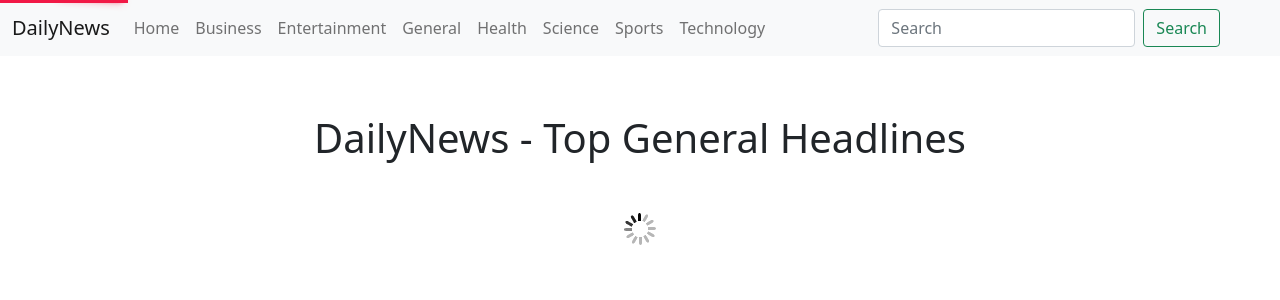
Repository: Bikki084/Daily_News
Page: /
The author's editor kept a copy of each file at every save. The page is drawn from the files as they stood at one save, then again after a run of saves.
The browser window is 1280 px wide. The pictures show the whole page.
The page's requests for data from a server got no answer. The project was rebuilt for these pictures with package versions that can differ from the ones it lists, and the page was loaded fresh each time. No one was signed in, and anything a server would have sent is missing. Also part of the build but not shown: src/App.css, src/components/NewsItem.js.

Above is the page before, as saved 2021-12-21 23:46:53.

### public/index.html
<!DOCTYPE html>
<html lang="en">
  <head>
    <meta charset="utf-8" />
    <link rel="icon" href="%PUBLIC_URL%/favicon.ico" />
    <meta name="viewport" content="width=device-width, initial-scale=1" />
    <meta name="theme-color" content="#000000" />
    <meta
      name="description"
      content="DailyNews is a news app which can be used to grab quick daily news bites. If you are interested in news, weather, politics and sports news, newsmonkey is for you!"
    />
    <link rel="apple-touch-icon" href="%PUBLIC_URL%/logo192.png" />
    <!--
      manifest.json provides metadata used when your web app is installed on a
      user's mobile device or desktop. See https://developers.google.com/web/fundamentals/web-app-manifest/
    -->
    <link rel="manifest" href="%PUBLIC_URL%/manifest.json" />
    <link href="https://cdn.jsdelivr.net/npm/bootstrap@5.1.0/dist/css/bootstrap.min.css" rel="stylesheet" integrity="sha384-KyZXEAg3QhqLMpG8r+8fhAXLRk2vvoC2f3B09zVXn8CA5QIVfZOJ3BCsw2P0p/We" crossorigin="anonymous">
    <!--
      Notice the use of %PUBLIC_URL% in the tags above.
      It will be replaced with the URL of the `public` folder during the build.
      Only files inside the `public` folder can be referenced from the HTML.

      Unlike "/favicon.ico" or "favicon.ico", "%PUBLIC_URL%/favicon.ico" will
      work correctly both with client-side routing and a non-root public URL.
      Learn how to configure a non-root public URL by running `npm run build`.
    -->
    <title>DailyNews - Get your daily dose of news for free!</title>
  </head>
  <body>
    <noscript>You need to enable JavaScript to run this app.</noscript>
    <div id="root"></div>
    <!--
      This HTML file is a template.
      If you open it directly in the browser, you will see an empty page.

      You can add webfonts, meta tags, or analytics to this file.
      The build step will place the bundled scripts into the <body> tag.

      To begin the development, run `npm start` or `yarn start`.
      To create a production bundle, use `npm run build` or `yarn build`.
    -->
    <script src="https://cdn.jsdelivr.net/npm/@popperjs/core@2.9.3/dist/umd/popper.min.js" integrity="sha384-eMNCOe7tC1doHpGoWe/6oMVemdAVTMs2xqW4mwXrXsW0L84Iytr2wi5v2QjrP/xp" crossorigin="anonymous"></script>
    <script src="https://cdn.jsdelivr.net/npm/bootstrap@5.1.0/dist/js/bootstrap.min.js" integrity="sha384-cn7l7gDp0eyniUwwAZgrzD06kc/tftFf19TOAs2zVinnD/C7E91j9yyk5//jjpt/" crossorigin="anonymous"></script>
  </body>
</html>

### src/App.js
import './App.css';
import Search from './components/Search';
import React, { useState } from 'react'
import NavBar from './components/NavBar';
import News from './components/News';
import {BrowserRouter as Router, Switch, Route} from "react-router-dom";
import LoadingBar from 'react-top-loading-bar'

const App = ()=> {
  const pageSize = 5;
  const apiKey = process.env.REACT_APP_NEWS_API
  // const apiKey = "fe00171e9be447c891c180edc15dc131"
  const [progress, setProgress] = useState(0)

    return (
      <div>
        <Router>
        <NavBar/>
        <Search/>
        <LoadingBar
        height={3}
        color='#f11946'
        progress={progress}
      />
        <Switch>
          <Route exact path="/"><News setProgress={setProgress} apiKey={apiKey} key="general" pageSize={pageSize} country="in" category="general"/></Route>
          <Route exact path="/business"><News setProgress={setProgress} apiKey={apiKey} key="business" pageSize={pageSize} country="in" category="business"/></Route>
          <Route exact path="/entertainment"><News setProgress={setProgress} apiKey={apiKey} key="entertainment" pageSize={pageSize} country="in" category="entertainment"/></Route>
          <Route exact path="/general"><News setProgress={setProgress} apiKey={apiKey} key="general" pageSize={pageSize} country="in" category="general"/></Route>
          <Route exact path="/health"><News setProgress={setProgress} apiKey={apiKey} key="health" pageSize={pageSize} country="in" category="health"/></Route>
          <Route exact path="/science"><News setProgress={setProgress} apiKey={apiKey} key="science" pageSize={pageSize} country="in" category="science"/></Route>
          <Route exact path="/sports"><News setProgress={setProgress} apiKey={apiKey} key="sports" pageSize={pageSize} country="in" category="sports"/></Route>
          <Route exact path="/technology"><News setProgress={setProgress} apiKey={apiKey} key="technology" pageSize={pageSize} country="in" category="technology"/></Route>

        </Switch>
        </Router>
      </div>
    )

}

export default App;

### src/components/Search.js
import React from 'react'

const Search = () => {
    return <div>Hello world!</div>
}

export default Search;

### src/components/NavBar.js
import React from 'react'
import { Link } from "react-router-dom";

const NavBar = () => {

    return (
        <div>
            <nav className="navbar fixed-top navbar-expand-lg navbar-light bg-light">
                <div className="container-fluid">
                    <Link className="navbar-brand" to="/">DailyNews</Link>
                    <button className="navbar-toggler" type="button" data-bs-toggle="collapse" data-bs-target="#navbarSupportedContent" aria-controls="navbarSupportedContent" aria-expanded="false" aria-label="Toggle navigation">
                        <span className="navbar-toggler-icon"></span>
                    </button>
                    <div className="collapse navbar-collapse" id="navbarSupportedContent">
                        <ul className="navbar-nav me-auto mb-2 mb-lg-0">
                            <li className="nav-item">
                                <Link className="nav-link" aria-current="page" to="/">Home</Link>
                            </li>
                            <li className="nav-item"><Link className="nav-link" to="/business">Business</Link></li>
                            <li className="nav-item"><Link className="nav-link" to="/entertainment">Entertainment</Link></li>
                            <li className="nav-item"><Link className="nav-link" to="/general">General</Link></li>
                            <li className="nav-item"><Link className="nav-link" to="/health">Health</Link></li>
                            <li className="nav-item"><Link className="nav-link" to="/science">Science</Link></li>
                            <li className="nav-item"><Link className="nav-link" to="/sports">Sports</Link></li>
                            <li className="nav-item"><Link className="nav-link" to="/technology">Technology</Link></li>
                        </ul>
                        <form className="d-flex mx-5" method = "get" to = "/Search">
                            <input class="form-control me-2" type="search" placeholder="Search" aria-label="Search"/>
                                <button class="btn btn-outline-success" type="submit">Search</button>
                        </form>
                    </div>
                </div>
            </nav>
        </div>
    )

}

export default NavBar

### src/components/News.js
import React, {useEffect, useState} from 'react'

import NewsItem from './NewsItem'
import Spinner from './Spinner';
import PropTypes from 'prop-types'
import InfiniteScroll from "react-infinite-scroll-component";

const News = (props)=>{
    const [articles, setArticles] = useState([])
    const [loading, setLoading] = useState(true)
    const [page, setPage] = useState(1)
    const [totalResults, setTotalResults] = useState(0)

    const capitalizeFirstLetter = (string) => {
        return string.charAt(0).toUpperCase() + string.slice(1);
    }

    const updateNews = async ()=> {
        props.setProgress(10);
        const url = `https://newsapi.org/v2/top-headlines?country=${props.country}&category=${props.category}&apiKey=${props.apiKey}&page=${page}&pageSize=${props.pageSize}`;
        setLoading(true)
        let data = await fetch(url);
        props.setProgress(30);
        let parsedData = await data.json()
        props.setProgress(70);
        setArticles(parsedData.articles)
        setTotalResults(parsedData.totalResults)
        setLoading(false)
        props.setProgress(100);
    }

    useEffect(() => {
        document.title = `${capitalizeFirstLetter(props.category)} - DailyNews`;
        updateNews();
        // eslint-disable-next-line
    }, [])


    const fetchMoreData = async () => {
        const url = `https://newsapi.org/v2/top-headlines?country=${props.country}&category=${props.category}&apiKey=${props.apiKey}&page=${page+1}&pageSize=${props.pageSize}`;
        setPage(page+1)
        let data = await fetch(url);
        let parsedData = await data.json()
        setArticles(articles.concat(parsedData.articles))
        setTotalResults(parsedData.totalResults)
      };

        return (
            <>
                <h1 className="text-center" style={{ margin: '35px 0px', marginTop: '90px' }}>DailyNews - Top {capitalizeFirstLetter(props.category)} Headlines</h1>
                {loading && <Spinner />}
                <InfiniteScroll
                    dataLength={articles.length}
                    next={fetchMoreData}
                    hasMore={articles.length !== totalResults}
                    loader={<Spinner/>}>
                    <div className="container">

                    <div className="row">
                        {articles.map((element) => {
                            return <div className="col-md-4" key={element.url}>
                                <NewsItem title={element.title ? element.title : ""} description={element.description ? element.description : ""} imageUrl={element.urlToImage} newsUrl={element.url} author={element.author} date={element.publishedAt} source={element.source.name} />
                            </div>
                        })}
                    </div>
                    </div>
                </InfiniteScroll>
            </>
        )

}


News.defaultProps = {
    country: 'in',
    pageSize: 8,
    category: 'general',
}

News.propTypes = {
    country: PropTypes.string,
    pageSize: PropTypes.number,
    category: PropTypes.string,
}

export default News

Loaded but not shown: src/index.js (common file); src/reportWebVitals.js (common file); src/components/Spinner.js (common file); src/index.css (no stored copy; drawn as an empty file)

After the next 8 saves:
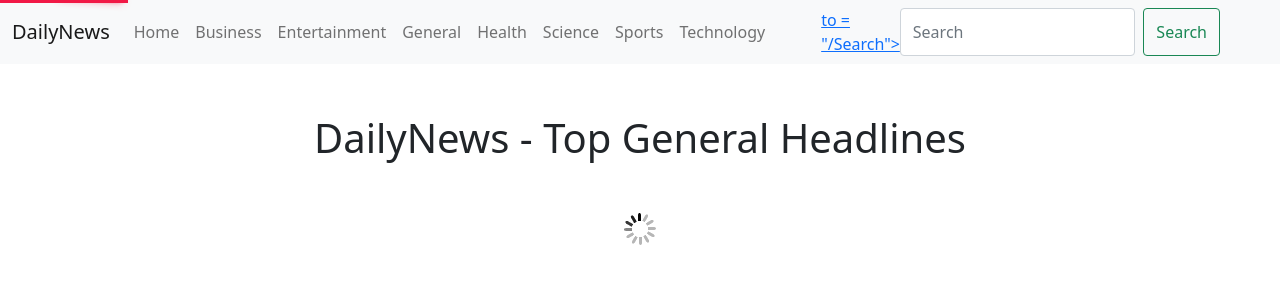
The 8 saves are shown as one change because 1 did not build or start and some came seconds apart.
The last was saved 64 s later.
--- a/src/components/NavBar.js
+++ b/src/components/NavBar.js
@@ -24,7 +24,7 @@ const NavBar = () => {
                             <li className="nav-item"><Link className="nav-link" to="/sports">Sports</Link></li>
                             <li className="nav-item"><Link className="nav-link" to="/technology">Technology</Link></li>
                         </ul>
-                        <form className="d-flex mx-5" method = "get" to = "/Search">
+                        <form className="d-flex mx-5" method = "get"> <Link> to = "/Search"></Link>
                             <input class="form-control me-2" type="search" placeholder="Search" aria-label="Search"/>
                                 <button class="btn btn-outline-success" type="submit">Search</button>
                         </form>
